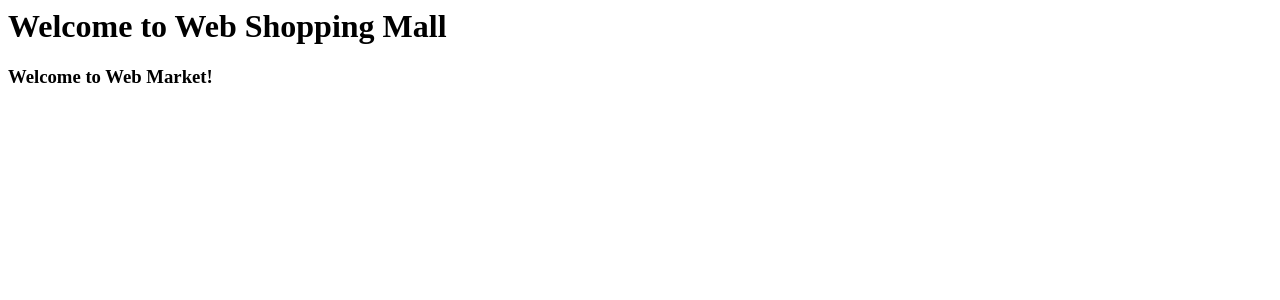
Repository: SeoHyungjun/Java_study
Page: http://localhost/WebMarket/welcome.jsp
These files come from the project's save history. The page is drawn as it stood at one moment and after the next save; the edit follows.
The browser window is 1280 px wide. The pictures show the whole page.
The page is served by Tomcat 9. Other server files are loaded and not shown.

Above is the page before, as saved 2022-09-19 10:43:08.

### eclipse_web_server/eclipse-workspace/WebMarket/src/main/webapp/welcome.jsp
<html>
<head>
<title>Welcome</title>
</head>
<body>
	<%! String greeting = "Welcome to Web Shopping Mall";
	String tagline = "Welcome to Web Market!"; %>
	<h1>
		<%= greeting %>
	</h1>
	<h3>
		<%= tagline %>
	</h3>
</body>
</html>

After the next save:
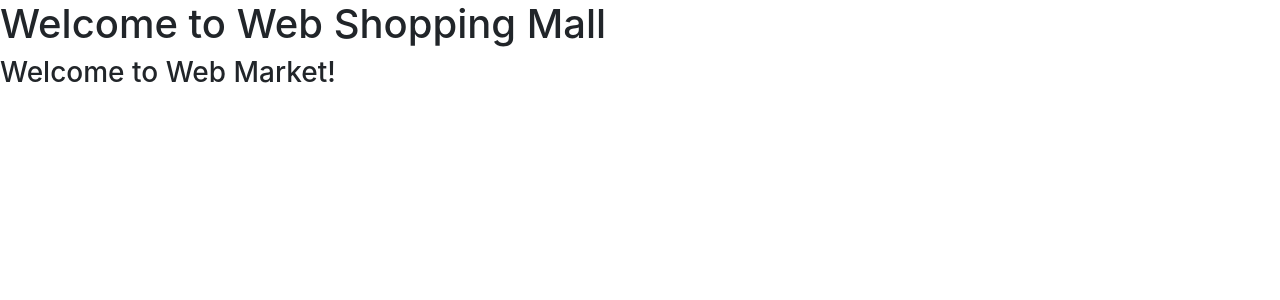
Saved 109 s later.
--- a/eclipse_web_server/eclipse-workspace/WebMarket/src/main/webapp/welcome.jsp
+++ b/eclipse_web_server/eclipse-workspace/WebMarket/src/main/webapp/welcome.jsp
@@ -1,5 +1,7 @@
 <html>
 <head>
+<link rel = "stylesheet"
+	href = "https://maxcdn.bootstrapcdn.com/bootstrap/4.0.0/css/bootstrap.min.css">
 <title>Welcome</title>
 </head>
 <body>
